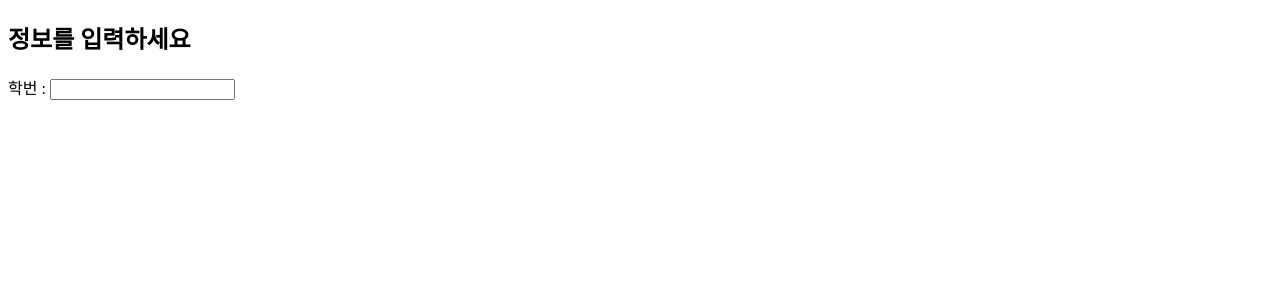
Repository: BangHoJung/jsp
Page: http://localhost/Step02/1229/quest_p238.jsp
These files come from the project's save history. The page is drawn as it stood at one moment and after the next save; the edit follows.
The browser window is 1280 px wide. The pictures show the whole page.
The page is served by Tomcat 9.

Above is the page before, as saved 2020-12-29 05:27:02.

After the next save:
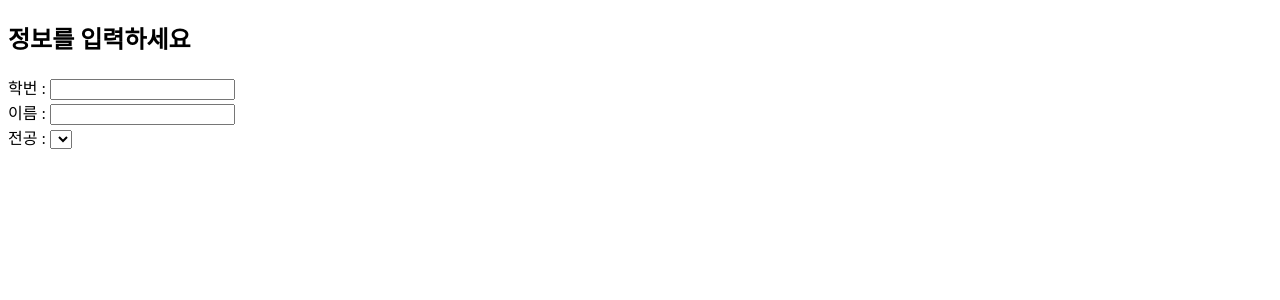
Saved 40 s later.
--- a/Step02/WebContent/1229/quest_p238.jsp
+++ b/Step02/WebContent/1229/quest_p238.jsp
@@ -10,7 +10,11 @@
 	<h2>정보를 입력하세요</h2>
 
 	<form action="quest_p238_process" method="post">
-		학번 : <input type="text" name="hak">
+		학번 : <input type="text" name="hak"> <br>
+		이름 : <input type="text" name="name"> <br>
+		전공 : <select name="major">
+
+			</select>
 	</form>
 </body>
 </html>
